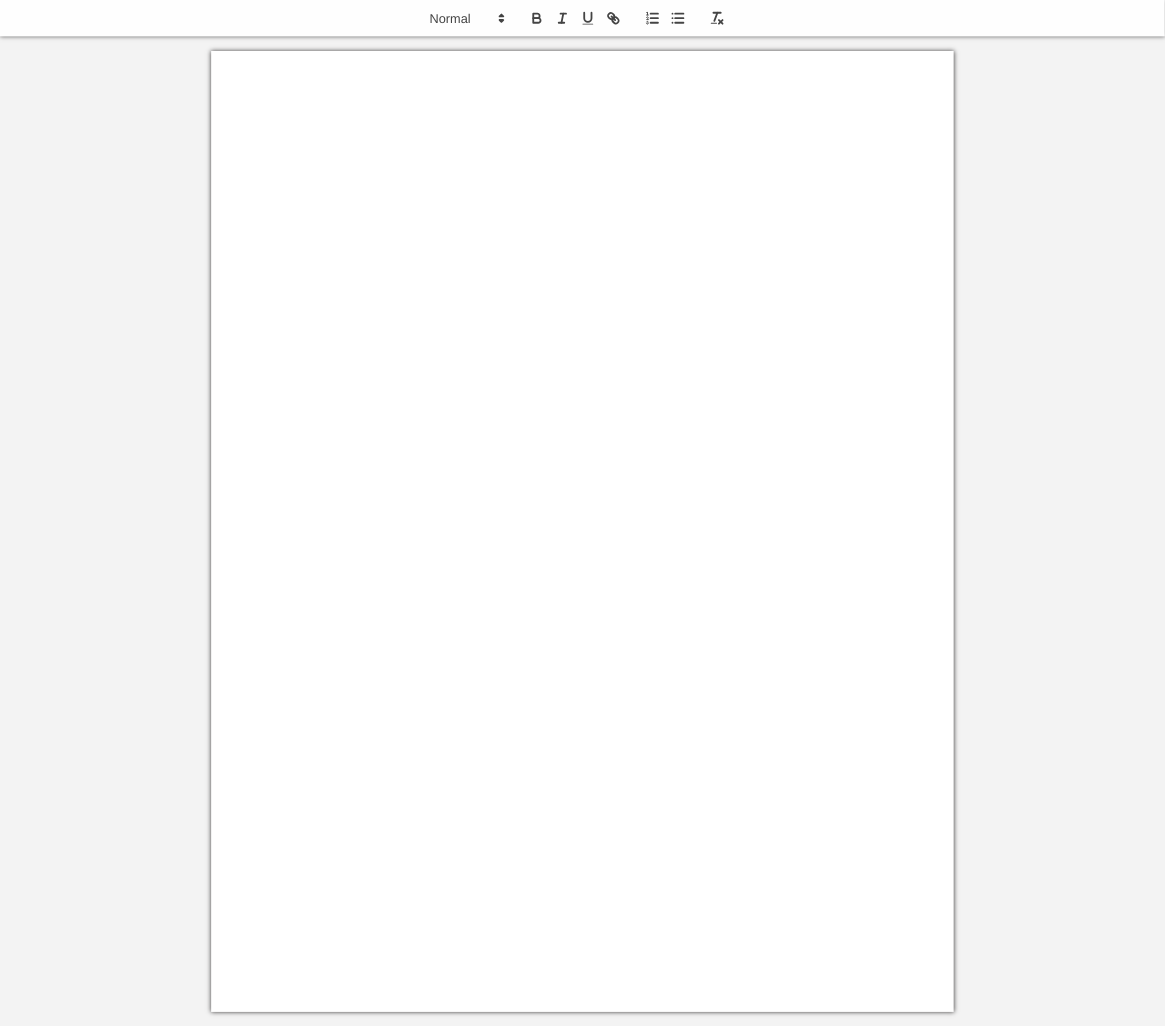
Repository: LaukeyMwaura/g-docs
Page: / (app in client/)
An editor plug-in stored every save of this project. The page is shown before and after the next save, followed by the edit.
The browser window is 1280 px wide. The pictures show the whole page, at 91% of full size.
The project was rebuilt for these pictures with package versions that can differ from the ones it lists, and the page was loaded fresh each time.

Above is the page before, as saved 2021-05-12 12:08:23.

After the next save:
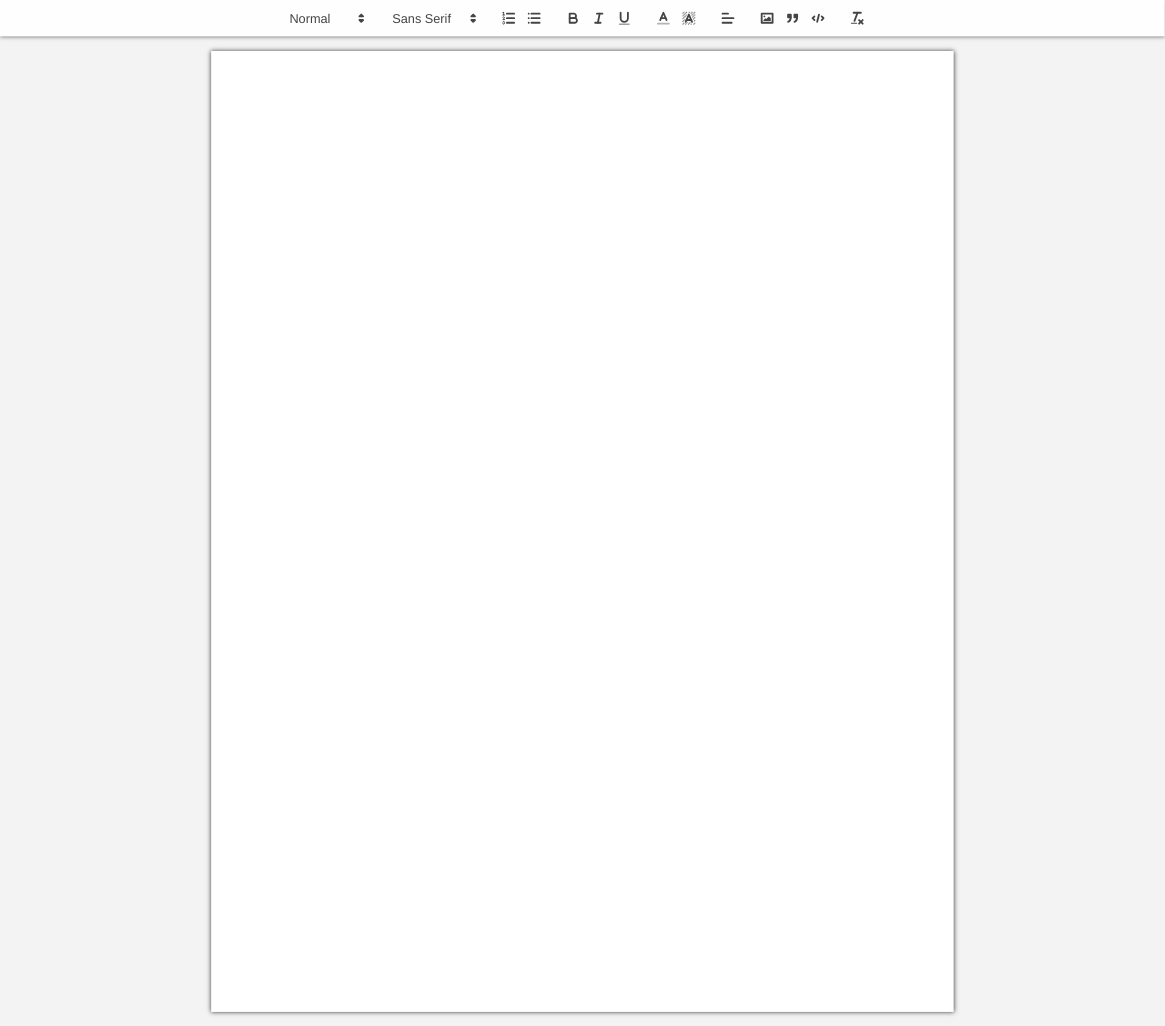
Saved 2 min 39 s later.
--- a/client/src/TextEditor.js
+++ b/client/src/TextEditor.js
@@ -22,7 +22,7 @@ function TextEditor() {
 
     wrapper.append(editor);
 
-    new Quill(editor, { theme: "snow" });
+    new Quill(editor, { theme: "snow", modules:{toolbar: TOOLBAR_OPTIONS} });
   }, []);
   return <div className="container" ref={wrapperRef}></div>;
 }
